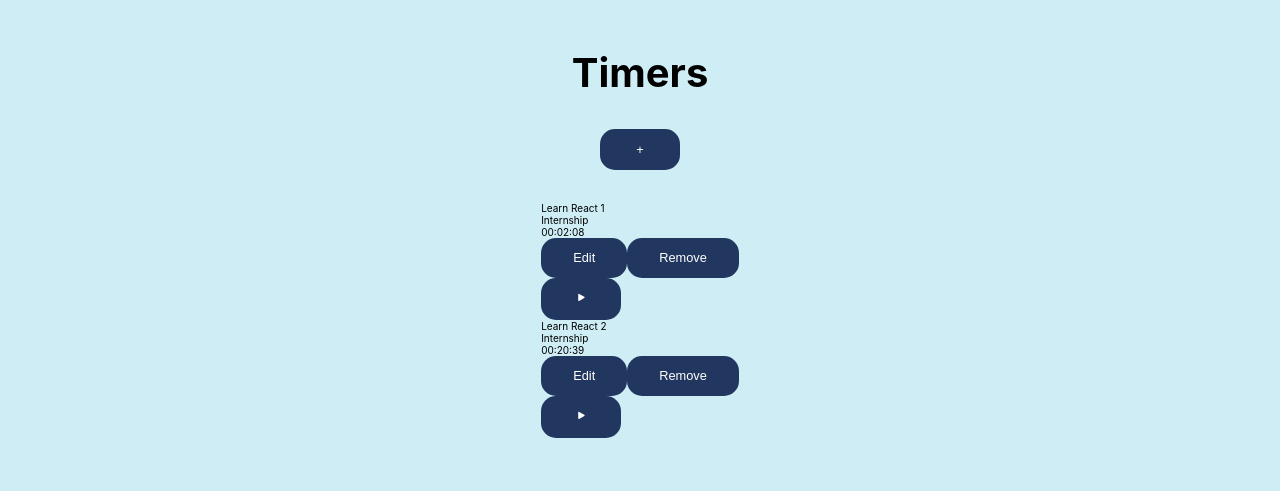
Repository: dqhuy153/react-timer
Page: /
An editor plug-in stored every save of this project. The page is shown before and after a run of saves, followed by the edit.
The browser window is 1280 px wide. The pictures show the whole page.
The project was rebuilt for these pictures with package versions that can differ from the ones it lists, and the page was loaded fresh each time. Also part of the build but not shown: src/components/TimerForm/TimerForm.module.scss, src/components/TimerForm/index.jsx, src/components/EditableTimerForm/EditableTimerForm.module.scss.

Above is the page before, as saved 2021-10-26 17:12:12.

After the next 2 saves:
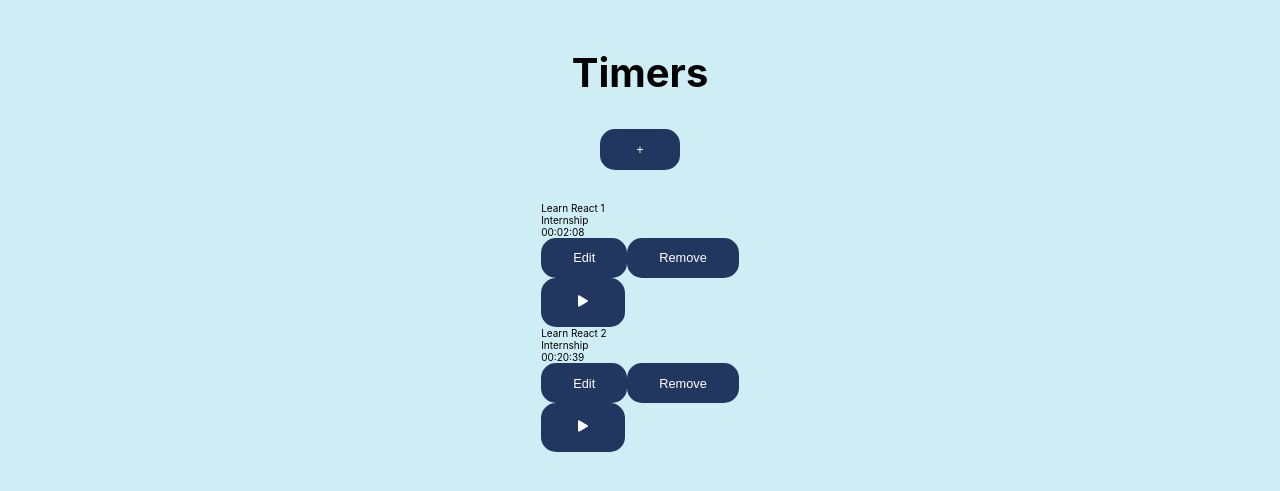
The 2 saves are shown as one change because they came seconds apart.
The last was saved 32 s later.
--- a/src/components/Timer/index.jsx
+++ b/src/components/Timer/index.jsx
@@ -13,7 +13,7 @@ const Timer = ({
   onRemove,
   onTimerClick,
 }) => {
-  const buttonLabel = isRunning ? <BsPlayFill /> : 'START';
+  const buttonLabel = isRunning ? <BsPlayFill size={20} /> : 'START';
 
   return (
     <div>
